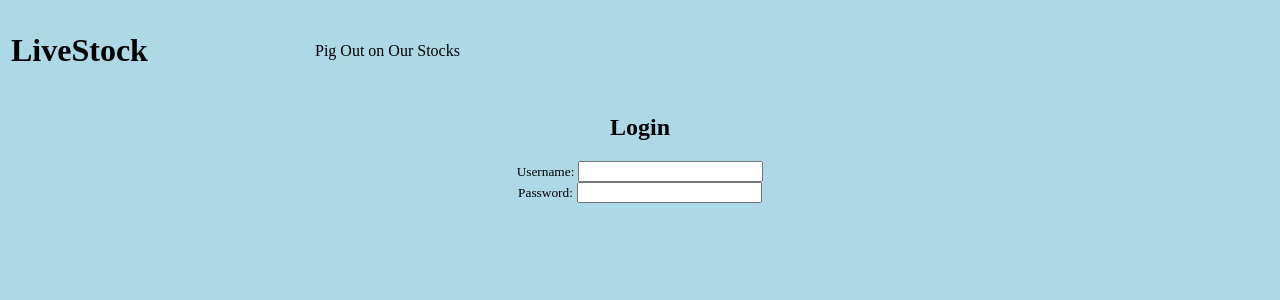
Repository: yastapova/live-stock
Page: LiveStockSite/WebContent/WEB-INF/index.html
The author's editor kept a copy of each file at every save. The page is drawn from the files as they stood at one save, then again after the next save.
The browser window is 1280 px wide. The pictures show the whole page.

Above is the page before, as saved 2016-04-15 21:30:20.

### LiveStockSite/WebContent/WEB-INF/index.html
<!DOCTYPE html>
<html>
<head>
	<meta charset="ISO-8859-1">
	<title>LiveStock Trading</title>
	<style>
		body {
			background-color: lightblue;
		}
		.formlabel {
			font-size: 10pt;
			font-color: white;
		}
	</style>
</head>
<body>
	<div class="header">
	<table>
		<tr>
			<td width='300px'><h1>LiveStock</h1></td>
			<td width='300px'><p>Pig Out on Our Stocks</p></td>
		</tr>
	</table>
	</div>

	<div class="body" align="center">
		<h2>Login</h2>
		<form>
			<span class="formlabel">Username:</span>
			<input id="usrn" name="username" type="text" />
			<br />
			<span class="formlabel">Password:</span>
			<input id="pw" name="password" type="password" />
		</form>
	</div>

	<div class="footer">
	</div>
</body>
</html>

After the next save:
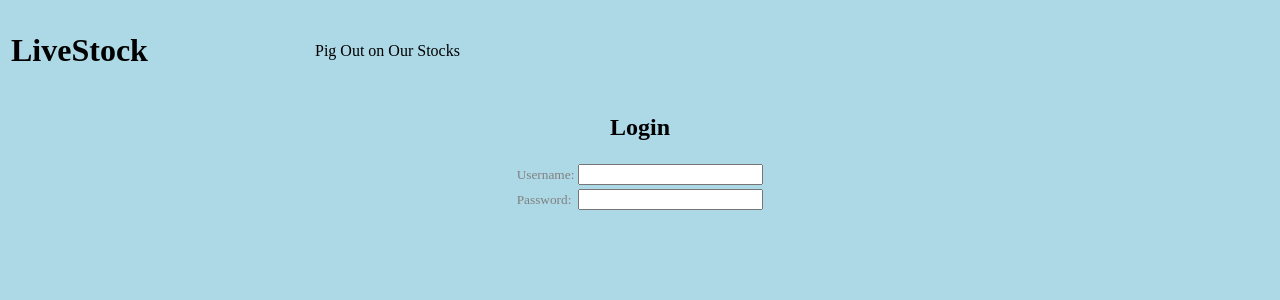
Saved 102 s later.
--- a/LiveStockSite/WebContent/WEB-INF/index.html
+++ b/LiveStockSite/WebContent/WEB-INF/index.html
@@ -9,7 +9,7 @@
 		}
 		.formlabel {
 			font-size: 10pt;
-			font-color: white;
+			color: grey;
 		}
 	</style>
 </head>
@@ -26,11 +26,16 @@
 	<div class="body" align="center">
 		<h2>Login</h2>
 		<form>
-			<span class="formlabel">Username:</span>
-			<input id="usrn" name="username" type="text" />
-			<br />
-			<span class="formlabel">Password:</span>
-			<input id="pw" name="password" type="password" />
+		<table>
+			<tr>
+				<td><span class="formlabel">Username:</span></td>
+				<td><input id="usrn" name="username" type="text" /></td>
+			</tr>
+			<tr>
+				<td><span class="formlabel">Password:</span></td>
+				<td><input id="pw" name="password" type="password" /></td>
+			</tr>
+		</table>
 		</form>
 	</div>
 
